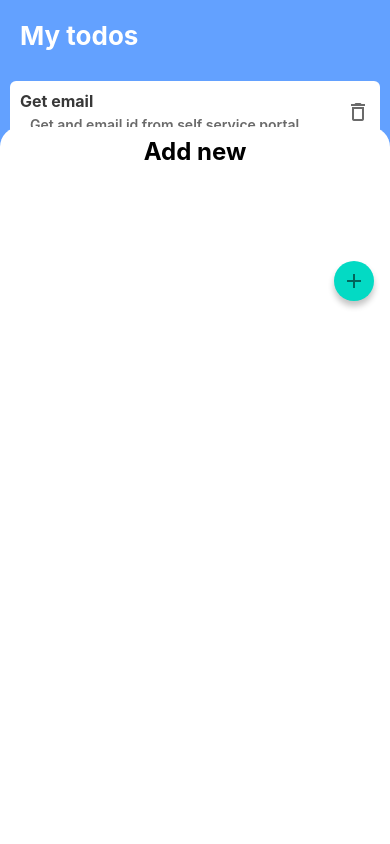
Repository: sadarsh216/Todo-App
Screen: /, after clicking the first element matching `button.css-view-175oi2r`
The author's editor kept a copy of each file at every save. The screen is drawn from the files as they stood at one save, then again after the next save.
The app was drawn by React Native's web renderer in a window 390 px wide. The project was rebuilt for these pictures with package versions that can differ from the ones it lists, and the page was loaded fresh each time.

Above is the screen before, as saved 2021-10-09 14:12:10.

### App.tsx
import { StatusBar } from "expo-status-bar";
import React, { useRef } from "react";
import {
  SafeAreaView,
  ScrollView,
  StyleSheet,
  Text,
  TouchableWithoutFeedback,
  View,
  Animated,
  Easing,
} from "react-native";
import Todos from "./Pages/Todos";
import { FAB } from "react-native-paper";
import Modal from "./components/Modal";
import * as Animatable from "react-native-animatable";

export default function App() {
  const [showAdd, setAdd] = React.useState(false);

  return (
    <>
      <SafeAreaView>
        <View style={styles.container}>
          <ScrollView>
            <Text style={styles.heading}>My todos</Text>
            <Todos />
          </ScrollView>
          {showAdd && (
            <Animatable.View style={styles.modal} animation="fadeInUpBig">
              <TouchableWithoutFeedback onPress={() => alert("")}>
                <Modal />
              </TouchableWithoutFeedback>
            </Animatable.View>
          )}
        </View>
        <FAB
          style={styles.fab}
          small
          icon="plus"
          onPress={() => setAdd(!showAdd)}
        />
      </SafeAreaView>
    </>
  );
}

const styles = StyleSheet.create({
  container: {
    height: "100%",
    backgroundColor: "#63a1ff",
  },
  heading: {
    color: "white",
    fontSize: 26,
    fontWeight: "bold",
    margin: 20,
  },
  fab: {
    color: "#fff",
    position: "absolute",
    margin: 16,
    right: 0,
    bottom: 0,
  },
  modal: {
    position: "absolute",
    bottom: 0,
    height: "60%",
    width: "100%",
    display: "flex",
    backgroundColor: "white",
    borderTopRightRadius: 20,
    borderTopLeftRadius: 20,
    elevation: 4,
    padding: 10,
    // backgroundColor: "rgba(0,0,0,0.4)",
  },
});

### Pages/Todos.tsx
import React from "react";
import { View, Text, StyleSheet, TouchableOpacity } from "react-native";
import { MaterialCommunityIcons } from "@expo/vector-icons";

export default function Todos() {
  const [todos, setTodos] = React.useState([
    {
      title: "Get email",
      description: "Get and email id from self service portal",
      id: 0,
    },
    { title: "Test 1", description: "this is a test data for test 1", id: 1 },
    { title: "Test 2", description: "this is a test data for test 2 ", id: 2 },
  ]);
  const deleteTodo = () => {
    alert("deleted");
  };
  return (
    <>
      {todos.map((item, key) => (
        <View key={item.id} style={styles.card}>
          <View style={styles.details}>
            <Text style={styles.title}>{item.title}</Text>
            <Text style={styles.desc}>{item.description}</Text>
          </View>
          <View style={styles.deleteSection}>
            <TouchableOpacity onPress={deleteTodo}>
              <MaterialCommunityIcons
                name="delete-outline"
                size={24}
                color="#6a6a6a"
              />
            </TouchableOpacity>
          </View>
        </View>
      ))}
    </>
  );
}

const styles = StyleSheet.create({
  card: {
    display: "flex",
    flexDirection: "row",
    backgroundColor: "#fff",
    margin: 10,
    borderRadius: 6,
    elevation: 4,
    padding: 10,
  },
  title: {
    fontSize: 16,
    marginBottom: 5,
    fontWeight: "bold",
    color: "#383838",
  },
  desc: {
    paddingHorizontal: 10,
    fontWeight: "600",
    color: "#6a6a6a",
  },
  details: {
    flex: 2,
  },
  deleteSection: {
    justifyContent: "center",
  },
});

### components/Modal.tsx
import React from "react";
import { View, Text, StyleSheet } from "react-native";

export default function Modal() {
  return (
    <View>
      <Text style={styles.heading}>Add new</Text>
    </View>
  );
}

const styles = StyleSheet.create({
  heading: {
    textAlign: "center",
    fontWeight: "bold",
    fontSize: 24,
  },
});

After the next save:
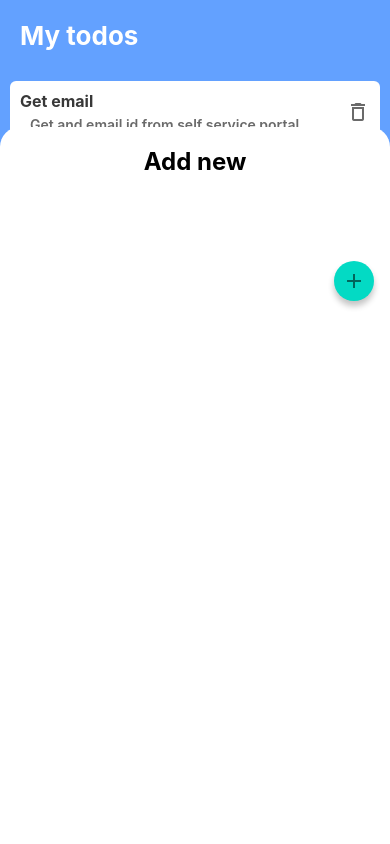
Saved 23 s later.
--- a/components/Modal.tsx
+++ b/components/Modal.tsx
@@ -14,5 +14,6 @@ const styles = StyleSheet.create({
     textAlign: "center",
     fontWeight: "bold",
     fontSize: 24,
+    margin: 10,
   },
 });
